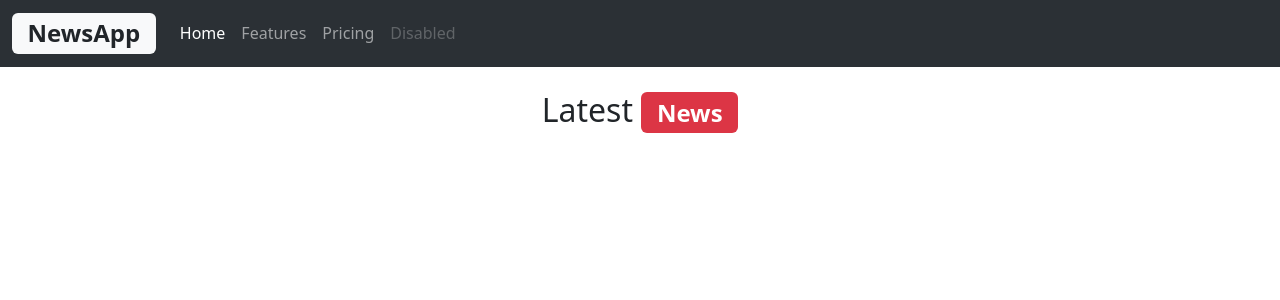
Repository: Abhishek-Thakur14/NewsXpress
Page: /
The author's editor kept a copy of each file at every save. The page is drawn from the files as they stood at one save, then again after the next save.
The browser window is 1280 px wide. The pictures show the whole page.
The page's requests for data from a server got no answer. The project was rebuilt for these pictures with package versions that can differ from the ones it lists, and the page was loaded fresh each time. No one was signed in, and anything a server would have sent is missing. Also part of the build but not shown: vite.config.js, src/Components/NewsItem.jsx, src/NewsBoard.css.

Above is the page before, as saved 2025-02-08 16:20:09.

After the next save:
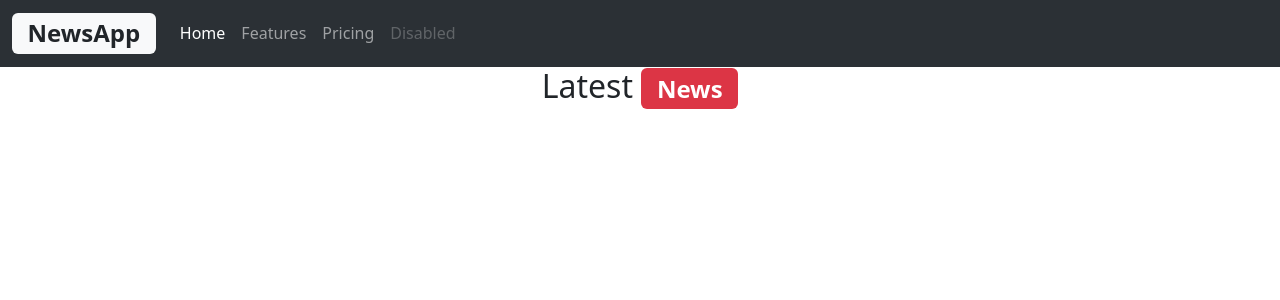
Saved 45 s later.
--- a/src/Components/NewsBoard.jsx
+++ b/src/Components/NewsBoard.jsx
@@ -1,5 +1,6 @@
 import { useState, useEffect } from "react";
 import NewsItem from "./NewsItem";
+import "./NewsBoard.css"; // Import the CSS file for styling
 
 const NewsBoard = () => {
   const [articles, setArticles] = useState([]);
@@ -20,7 +21,7 @@ const NewsBoard = () => {
   }, []);
 
   return (
-    <div className="container my-4">
+    <div className="newsboard-container">
       <h2 className="text-center">
         Latest <span className="badge bg-danger">News</span>
       </h2>
